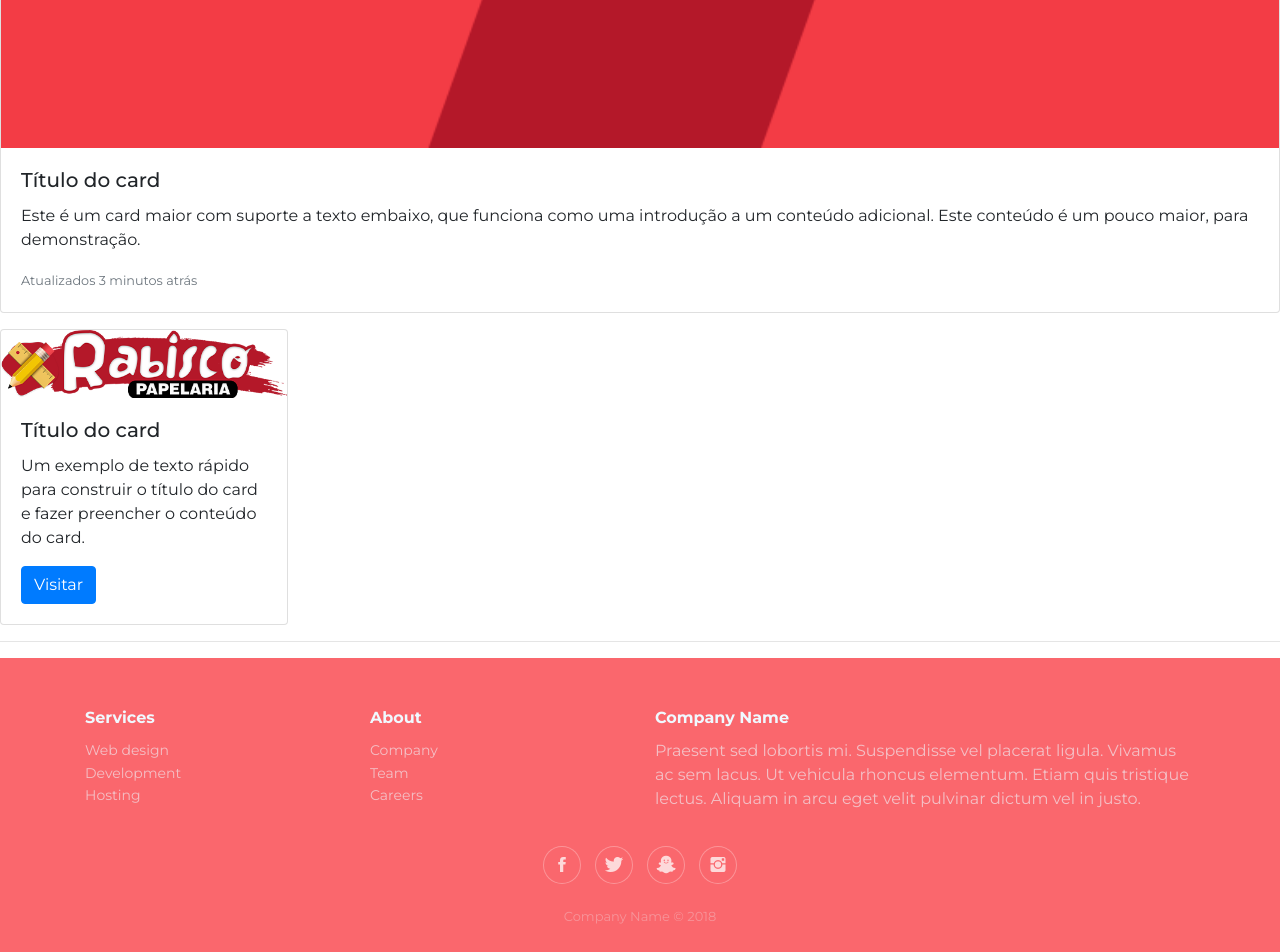
Repository: mateus-henrique-silva/SiteJonas
Page: index.html
The author's editor kept a copy of each file at every save. The page is drawn from the files as they stood at one save, then again after the next save.
The browser window is 1280 px wide. The pictures show the part of the page from y = 1528 to 2480 px (the page is 2505 px tall).
Some web libraries are served in a nearby version.

Above is the page before, as saved 2022-07-21 12:24:49.

After the next save:
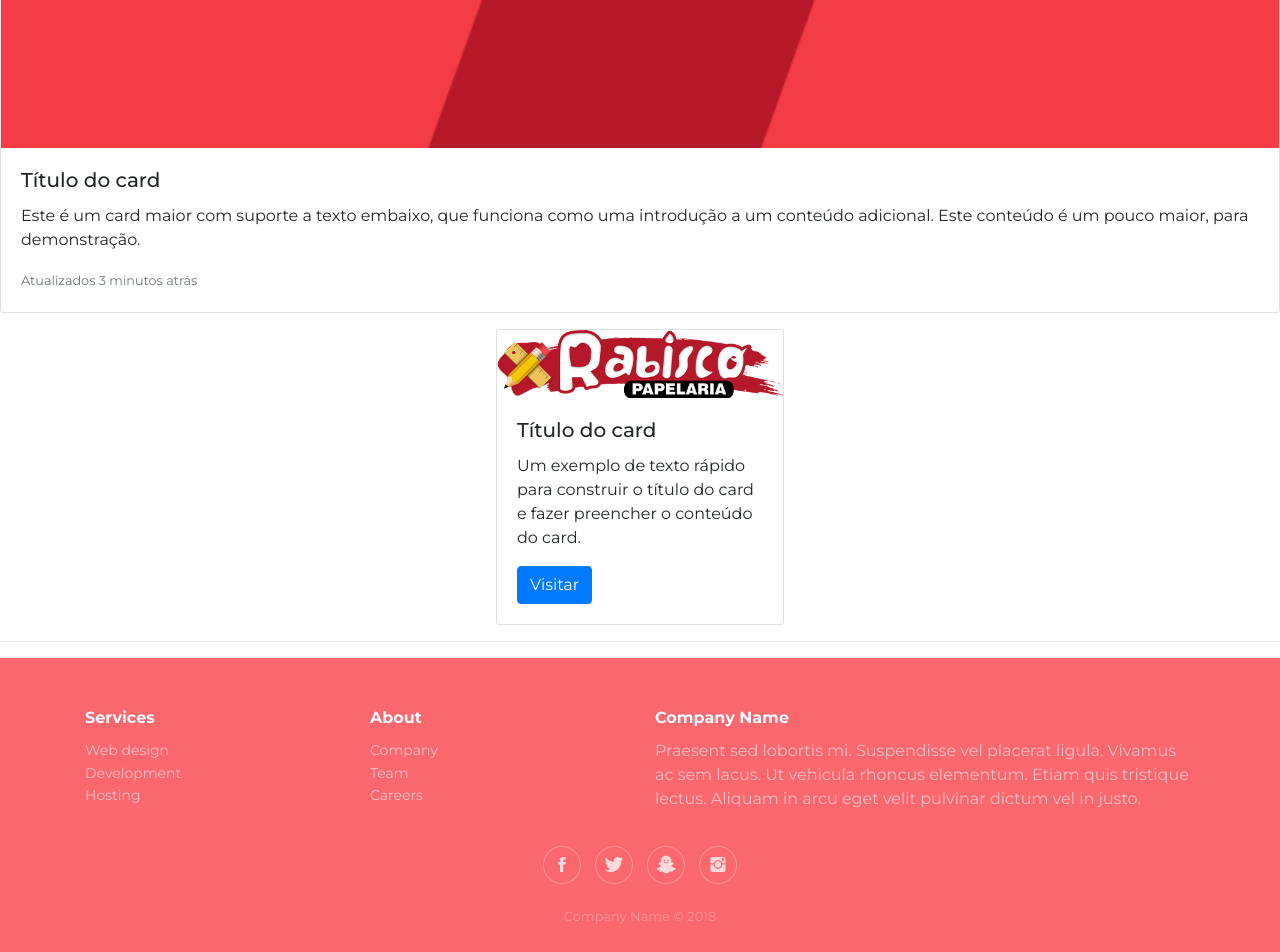
Saved 4 s later.
--- a/src/style/Product/product.css
+++ b/src/style/Product/product.css
@@ -14,5 +14,5 @@
 .space-list{
     width: 100%;
     display: flex;
-    justify-content: s;
+    justify-content: space-evenly;
 }
